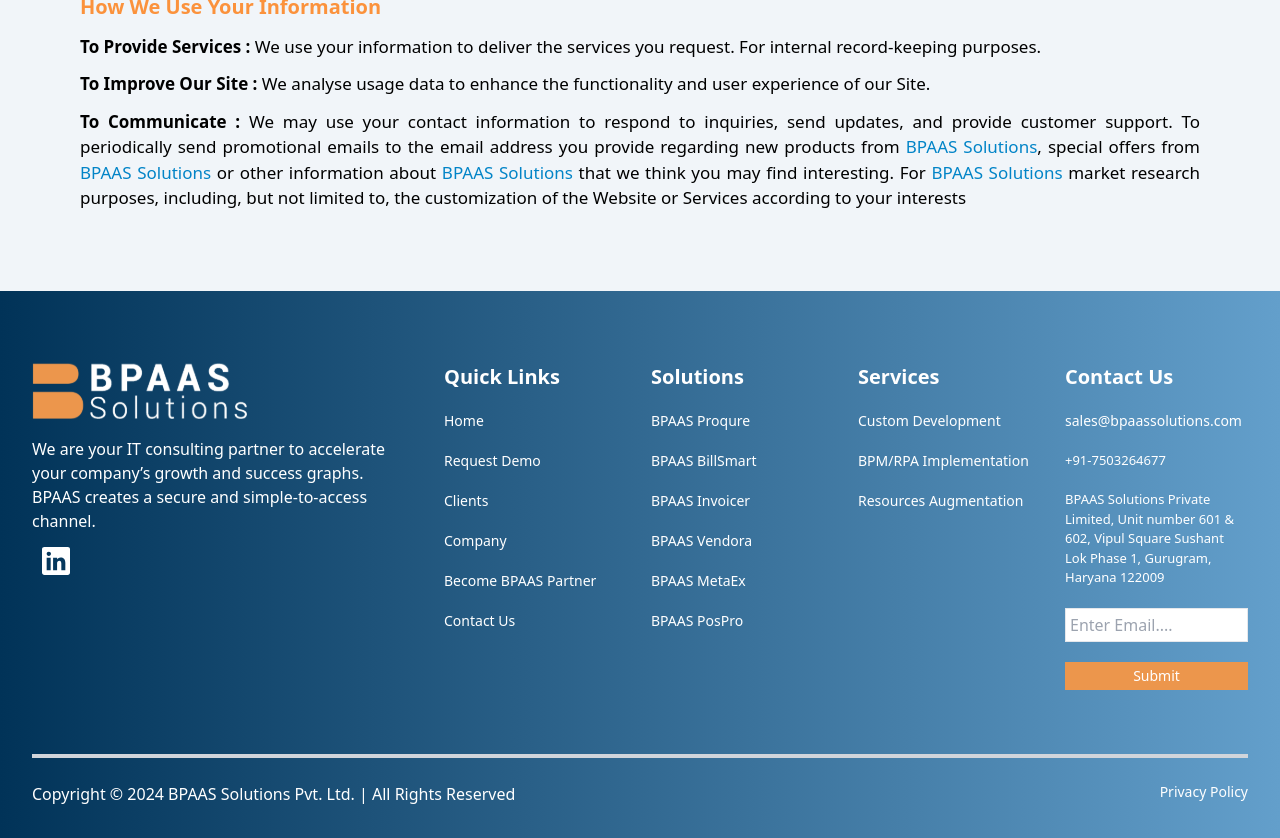
Repository: captainalpha/BP-Website
Page: /services/bp-services
These files come from the project's save history. The page is drawn as it stood at one moment and after the next save; the edit follows.
The browser window is 1280 px wide. The pictures show the part of the page from y = 1215 to 2167 px (the page is 2053 px tall before and 2203 px after).
The project was rebuilt for these pictures with package versions that can differ from the ones it lists, and the page was loaded fresh each time. The framework's server and built-in components were replaced by stand-ins that run in the browser. Also part of the build but not shown: next.config.js, components/common/TopBanner.js, components/common/SectionHeader.js.

Above is the page before, as saved 2024-08-13 15:36:05.

After the next save:
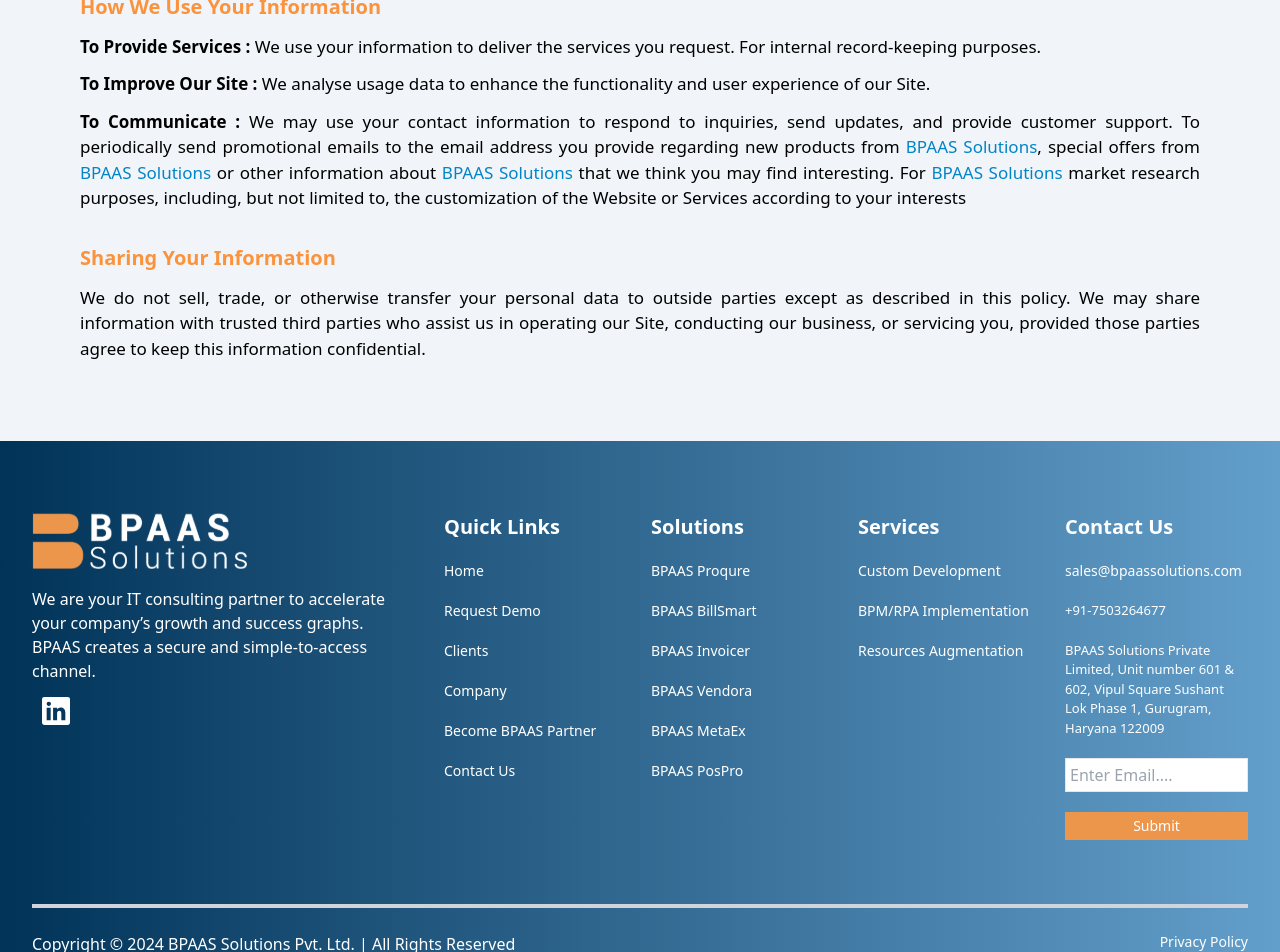
Saved 2 min 42 s later.
--- a/pages/services/bp-services.js
+++ b/pages/services/bp-services.js
@@ -113,6 +113,15 @@
               interests
             </p>
           </div>
+
+          <div className="mt-[2em]">
+            <h1 className="text-[20px] font-bold text-[#fb923c]">
+            Sharing Your Information
+            </h1>
+            <p className="text-[17px] text-justify mt-3">
+            We do not sell, trade, or otherwise transfer your personal data to outside parties except as described in this policy. We may share information with trusted third parties who assist us in operating our Site, conducting our business, or servicing you, provided those parties agree to keep this information confidential.
+            </p>
+          </div>
         </div>
       </div>
     </div>
